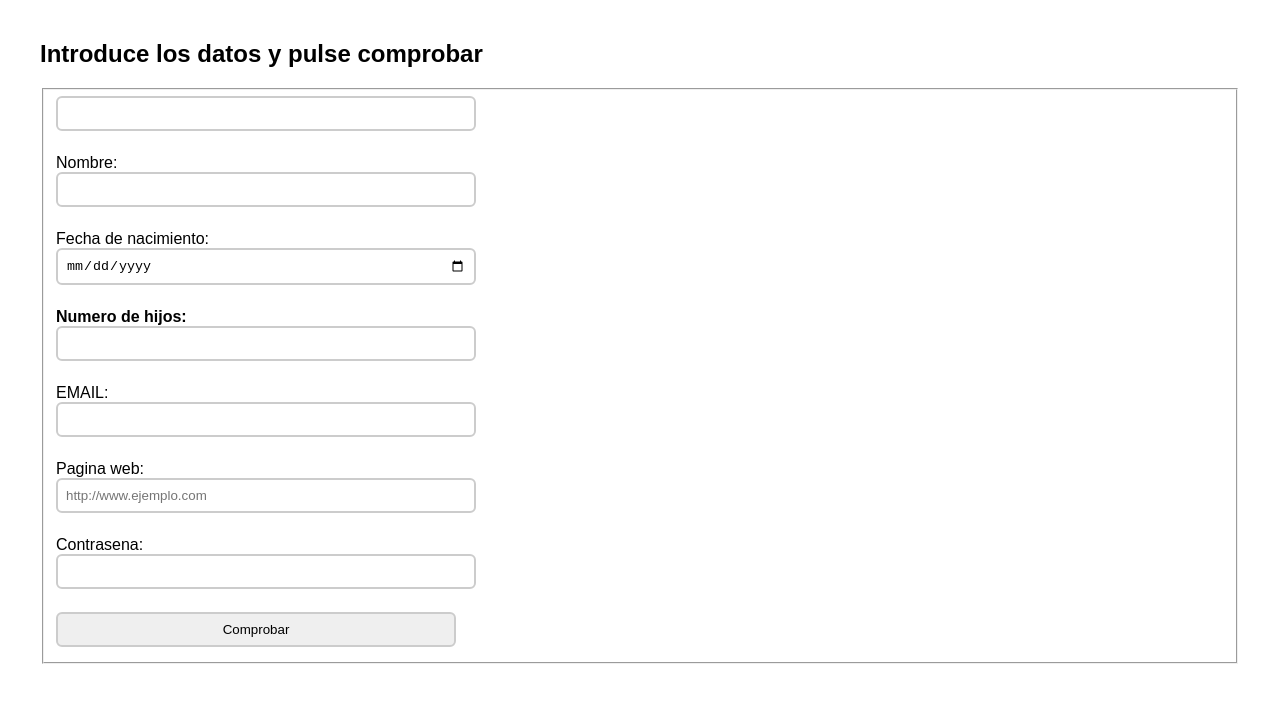
Repository: KoTvTrysaX01/2DAW-Desarrollo-WEB-en-Entorno-Cliente
Page: JAVASCRIPT/UD2/practica5/Actividad1/index.html
The author's editor kept a copy of each file at every save. The page is drawn from the files as they stood at one save, then again after the next save.
The browser window is 1280 px wide. The pictures show the whole page.

Above is the page before, as saved 2025-11-01 17:30:20.

### JAVASCRIPT/UD2/practica5/Actividad1/index.html
<!DOCTYPE html>
<html lang="es">
<head>
<meta charset="UTF-8">
  <title>Validación</title>
  <link rel="stylesheet" href="style.css">
  <body>
    <h2>Introduce los datos y pulse comprobar</h2>
    <fieldset>
    <form id = "registartionForm" name="form1" method="post" action="" target=" _blank">
        <label for = "dni"></label><input id="dni" type="text" name="dni" ><br>
        Nombre:<input id="nombre" type="text" name="nombre" ><br>
        Fecha de nacimiento: <input id="fecha" type="date" name="fecha" ><br>
         <label for="hijos">Numero de hijos:</label>
         <input type="number" name="hijos" id = "hijos" min = "0"><br>
        EMAIL: <input id = "email" type="text" name="email" ><br>
        Pagina web: <input type="url" name="web" id = "pagina" placeholder="http://www.ejemplo.com" required><br>
        Contrasena: <input type="text" name="contrasena" id = "password" ><br>
        <input type="submit" value = "Comprobar">
    </form>
    </fieldset>


    <div id="errorMessages"></div>
    <script src="script.js"></script>
  </body>
</html>

### JAVASCRIPT/UD2/practica5/Actividad1/style.css
 body {
    font-family: Arial, sans-serif;
    margin: 40px;
  }
  form {
    max-width: 400px;
  }
  label {
    font-weight: bold;
  }
  input {
    display: block;
    width: 100%;
    margin-bottom: 5px;
    padding: 8px;
    border: 2px solid #ccc;
    border-radius: 6px;
    transition: border-color 0.3s, box-shadow 0.3s;
  }

### JAVASCRIPT/UD2/practica5/Actividad1/script.js
let form = document.getElementById("registartionForm");
let emailInput = document.getElementById("email");
let error = document.getElementById("errorMessages");
let dni = document.getElementById("dni")
let passw = document.getElementById("password")
let web = document.getElementById("pagina")
let hijos = document.getElementById("hijos")
let nombreInput = document.getElementById("nombre")
let fecha = document.getElementById("fecha")
form.addEventListener("submit", (e) => {
  e.preventDefault();
  error.innerHTML = ""
  const emailForm = emailInput.value.trim();
  const password = passw.value.trim()
  function validEmail(emailForm) {
    return /^[^\s@]+@[^\s@]+\.[a-z]{2,}$/i.test(emailForm);

  }
    function esValido(emailForm) {
      if (validEmail(emailForm)) {
        error.innerHTML = "email  e valido<br>";
      } else {
        error.innerHTML = "email no es valido<br>";
      }
    }
    esValido(emailForm);

    function validarDni(dni) {

      return /^[XYZ]?\d{5,8}[TRWAGMYFPDXBNJZSQVHLCKET]$/.test(dni)
    }
    function esValidoDni() {
      const valor = dni.value.trim();
      if (validarDni(valor)) {
        error.innerHTML += "dni es valido<br>"
      } else {
        error.innerHTML += "dni no es valido<br>"
        dni.value = ""
      }
    }
    esValidoDni()

    function validWeb(url) {
          return /^https?:\/\/(?:www\.)?[a-zA-Z0-9\-]+\.[a-zA-Z]{2,}(?:\/.*)?$/.test(url);
        }
    function esValidoWeb() {
      const urlvalid = web.value.trim()
      if(validWeb(urlvalid)) {
        error.innerHTML +="web pagina esta valida<br>"
      } else {
        error.innerHTML += "web pagina no esta valida<br>"
        web.value = ""

      }
    }
    esValidoWeb()

     function validarContrasena(passwor) {
      var p = passwor.length
      if(p >=8 && p <=10) {
        error.innerHTML += "password es correcto<br>"
      } else {
         error.innerHTML += "password  no es correcto<br>"
         passw.value = ""
      }
     }
     validarContrasena(password)

     function validHijos(hijos) {
      const valorHijos = Number(hijos.value)
      if(isNaN(valorHijos) || valorHijos < 0 || valorHijos > 10) {
        error.innerHTML += "numero de hijos no esta correcto<br>"
         hijos.value = ""

      } else {
         error.innerHTML += "numero de hijos esta correcto<br>"

      }
     }
     validHijos(hijos)
    const nom = nombreInput.value.trim()
     function validNombre(nombres) {
      return /^[a-zA-ZáéíóúÁÉÍÓÚñÑ]{2,40}( [a-zA-ZáéíóúÁÉÍÓÚñÑ]{2,40}){1,3}$/.test(nombres)
     }
     function isvalidNombre(nombres){
      if(validNombre(nombres)) {
         error.innerHTML += "nombre esta correcto<br>"
      } else {
         error.innerHTML += "nombre no esta correcto<br>"
         nombreInput.value = ""
      }
      }
     isvalidNombre(nom)

     const fechaValor = fecha.value.trim();

     function validFecha(fecha) {
          return /^(19|20)\d{2}-(0[1-9]|1[0-2])-(0[1-9]|[12]\d|3[01])$/.test(fecha)
     }
     function esValidFecha(fecha) {
      if (validFecha(fecha)) {
         error.innerHTML += "fecha esta correcto<br>"
      } else {
         error.innerHTML += "fecha no esta correcto<br>"
         fecha.value= ""
      }
     }
     console.log(fechaValor)

     esValidFecha(fechaValor)


});

After the next save:
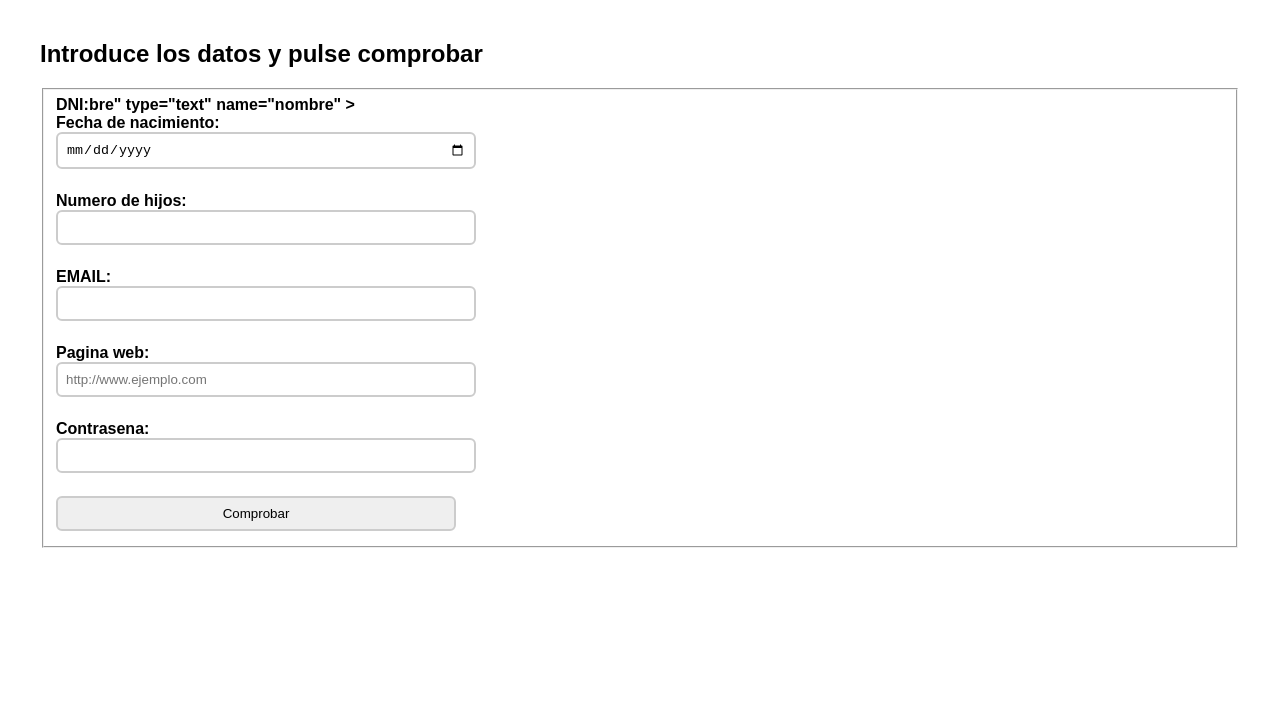
Saved 11 s later.
--- a/JAVASCRIPT/UD2/practica5/Actividad1/index.html
+++ b/JAVASCRIPT/UD2/practica5/Actividad1/index.html
@@ -8,8 +8,7 @@
     <h2>Introduce los datos y pulse comprobar</h2>
     <fieldset>
     <form id = "registartionForm" name="form1" method="post" action="" target=" _blank">
-        <label for = "dni"></label><input id="dni" type="text" name="dni" ><br>
-        Nombre:<input id="nombre" type="text" name="nombre" ><br>
+        <label for = "dni">DNI:bre" type="text" name="nombre" ><br>
         Fecha de nacimiento: <input id="fecha" type="date" name="fecha" ><br>
          <label for="hijos">Numero de hijos:</label>
          <input type="number" name="hijos" id = "hijos" min = "0"><br>

After the save that followed:
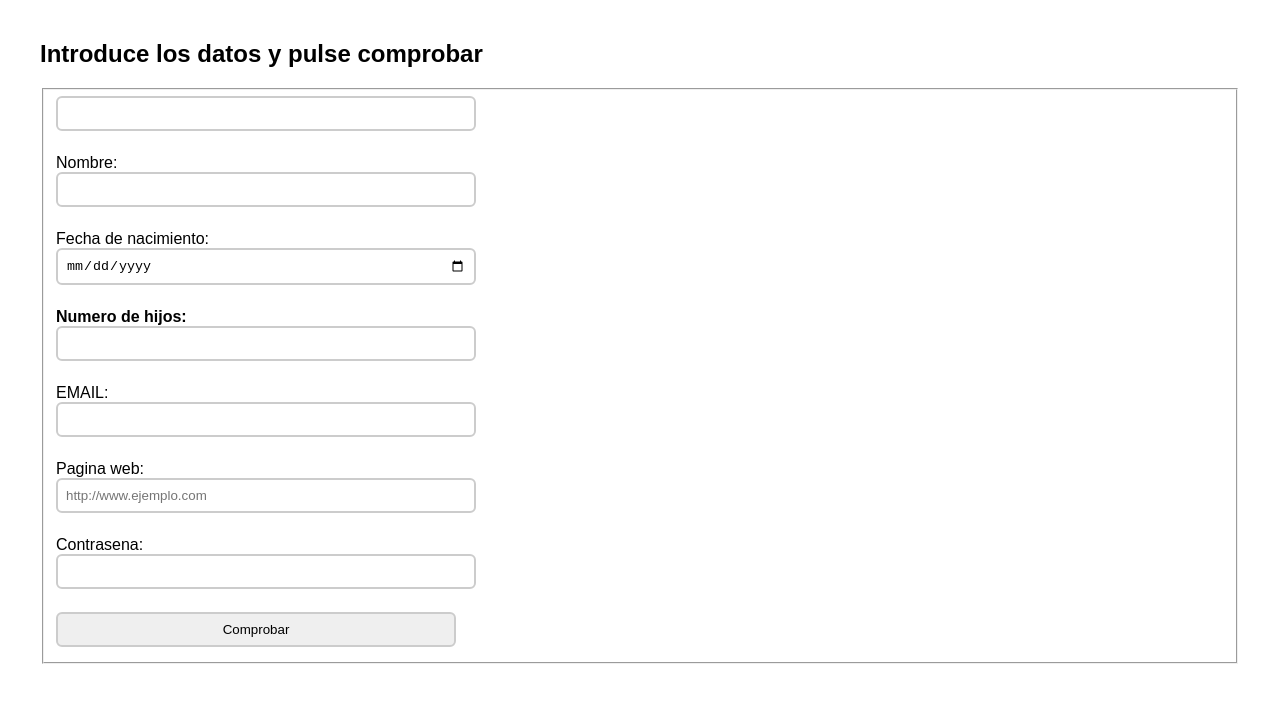
Saved 4 s later.
--- a/JAVASCRIPT/UD2/practica5/Actividad1/index.html
+++ b/JAVASCRIPT/UD2/practica5/Actividad1/index.html
@@ -8,7 +8,8 @@
     <h2>Introduce los datos y pulse comprobar</h2>
     <fieldset>
     <form id = "registartionForm" name="form1" method="post" action="" target=" _blank">
-        <label for = "dni">DNI:bre" type="text" name="nombre" ><br>
+        <label for = "dni"></label><input id="dni" type="text" name="dni" ><br>
+        Nombre:<input id="nombre" type="text" name="nombre" ><br>
         Fecha de nacimiento: <input id="fecha" type="date" name="fecha" ><br>
          <label for="hijos">Numero de hijos:</label>
          <input type="number" name="hijos" id = "hijos" min = "0"><br>
